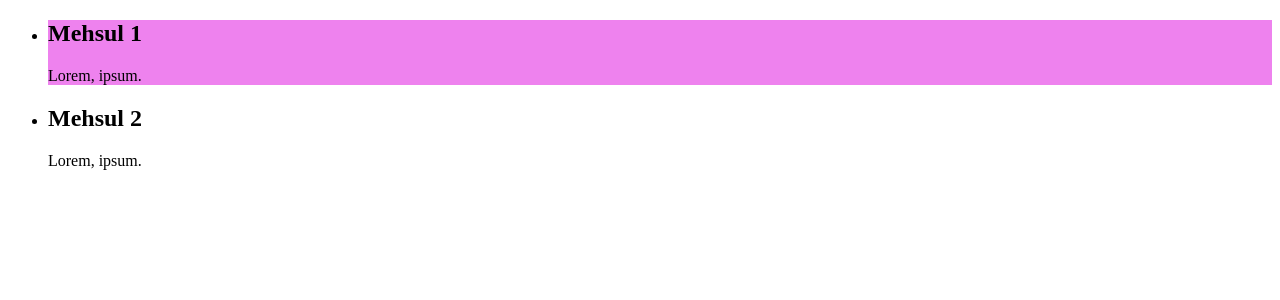
Repository: AytacSafarova/task-111
Page: index.html
An editor plug-in stored every save of this project. The page is shown before and after a run of saves, followed by the edit.
The browser window is 1280 px wide. The pictures show the whole page.

Above is the page before, as saved 2023-09-25 11:27:39.

After the next 2 saves:
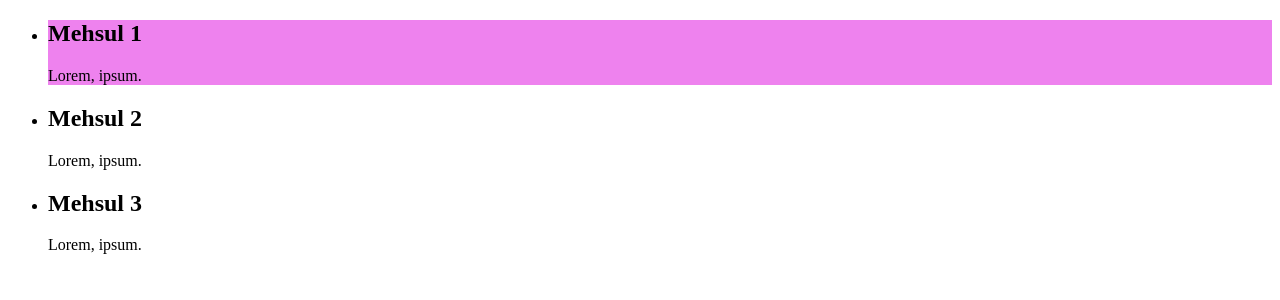
The 2 saves are shown as one change because they came seconds apart.
The last was saved 8 s later.
--- a/index.html
+++ b/index.html
@@ -30,6 +30,10 @@ l
     <h2>Mehsul 2</h2>
     <p>Lorem, ipsum.</p>
   </li>
+  <li>
+    <h2>Mehsul 3</h2>
+    <p>Lorem, ipsum.</p>
+  </li>
 </ul>
 </body>
 </html>
